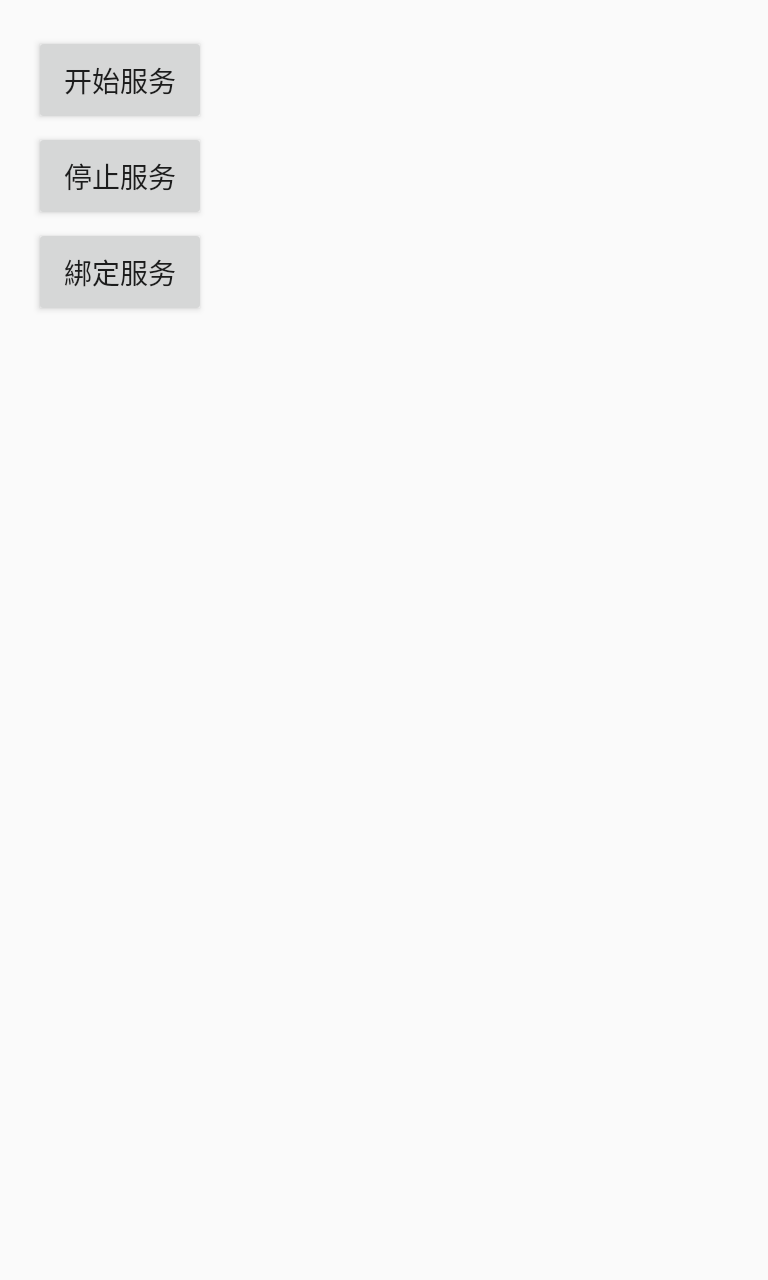
Repository: vampire08ms/Android_Project
Layout: Ring/res/layout/activity_service_test.xml
The author's editor kept a copy of each file at every save. The layout is drawn from the files as they stood at one save, then again after the next save.
It is drawn on a 768 x 1280 px phone screen (xhdpi) without system bars, with theme AppTheme; the app's code is not run.

Above is the layout before, as saved 2015-02-22 06:21:01.

### Ring/res/layout/activity_service_test.xml
<RelativeLayout xmlns:android="http://schemas.android.com/apk/res/android"
    xmlns:tools="http://schemas.android.com/tools"
    android:layout_width="match_parent"
    android:layout_height="match_parent"
    android:paddingBottom="@dimen/activity_vertical_margin"
    android:paddingLeft="@dimen/activity_horizontal_margin"
    android:paddingRight="@dimen/activity_horizontal_margin"
    android:paddingTop="@dimen/activity_vertical_margin"
    tools:context="com.example.ring.ServiceTest" >

    <LinearLayout
        android:layout_width="wrap_content"
        android:layout_height="wrap_content"
        android:orientation="vertical" >

        <Button
            android:id="@+id/startServiceButton"
            android:layout_width="wrap_content"
            android:layout_height="wrap_content"
            android:text="开始服务" />

        <Button
            android:id="@+id/stopServiceButton"
            android:layout_width="wrap_content"
            android:layout_height="wrap_content"
            android:text="停止服务" />

        <Button
            android:id="@+id/bindServiceButton"
            android:layout_width="wrap_content"
            android:layout_height="wrap_content"
            android:text="綁定服务" />
    </LinearLayout>

</RelativeLayout>

Loaded but not shown: Ring/res/values/styles.xml (common file); Ring/res/values-v11/styles.xml (common file); Ring/res/values-v14/styles.xml (common file); Ring/res/values/dimens.xml (common file); Ring/res/values-w820dp/dimens.xml (common file)

After the next save:
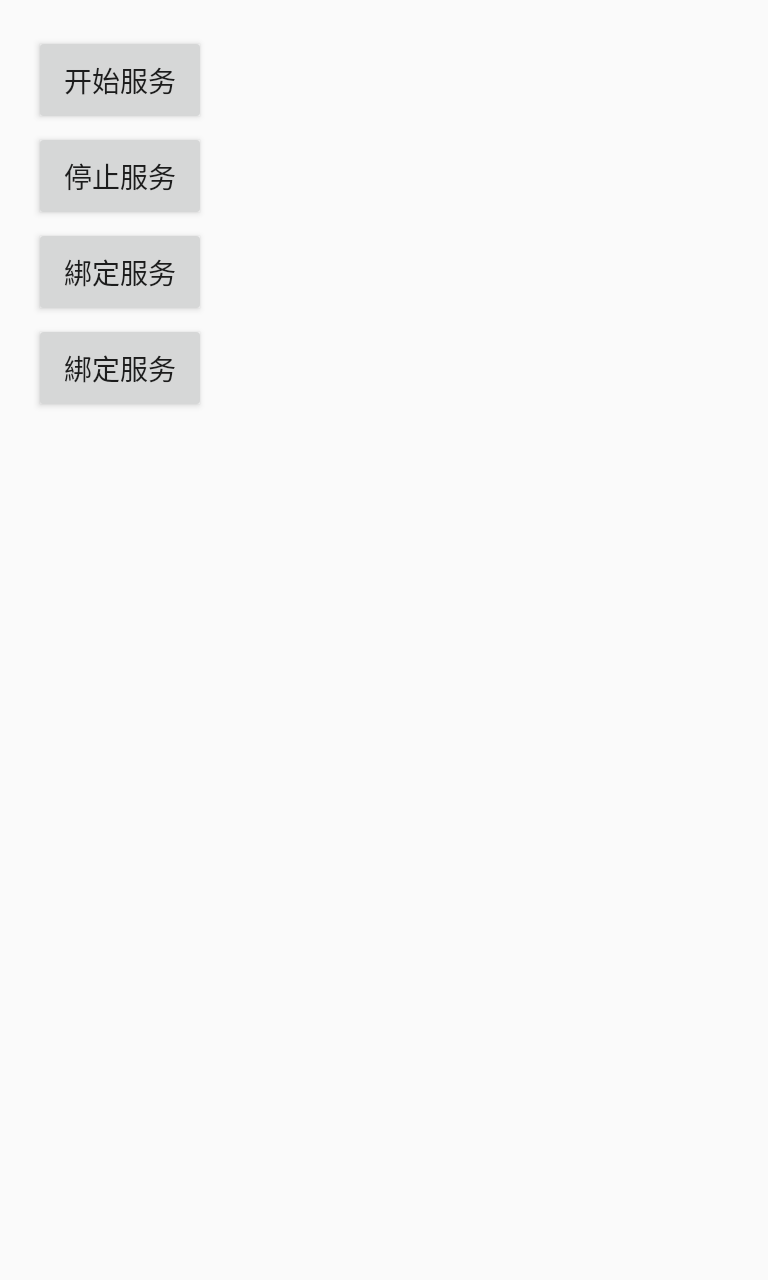
Saved 4 s later.
--- a/Ring/res/layout/activity_service_test.xml
+++ b/Ring/res/layout/activity_service_test.xml
@@ -30,6 +30,12 @@
             android:layout_width="wrap_content"
             android:layout_height="wrap_content"
             android:text="綁定服务" />
+
+        <Button
+            android:id="@+id/bindServiceButton"
+            android:layout_width="wrap_content"
+            android:layout_height="wrap_content"
+            android:text="綁定服务" />
     </LinearLayout>
 
 </RelativeLayout>
